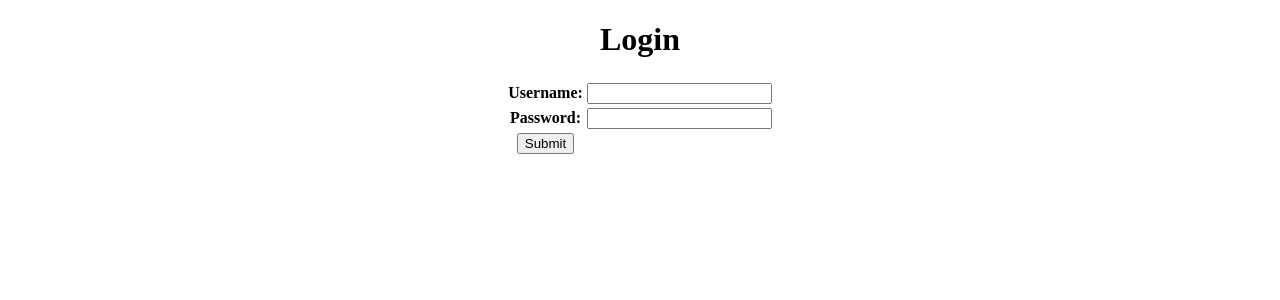
Repository: Sourabhmag/week-5
Page: http://localhost/LoginApp/login.jsp
An editor plug-in stored every save of this project. The page is shown before and after the next save, followed by the edit.
The browser window is 1280 px wide. The pictures show the whole page.
The page is served by Tomcat 9.

Above is the page before, as saved 2019-11-06 10:32:48.

After the next save:
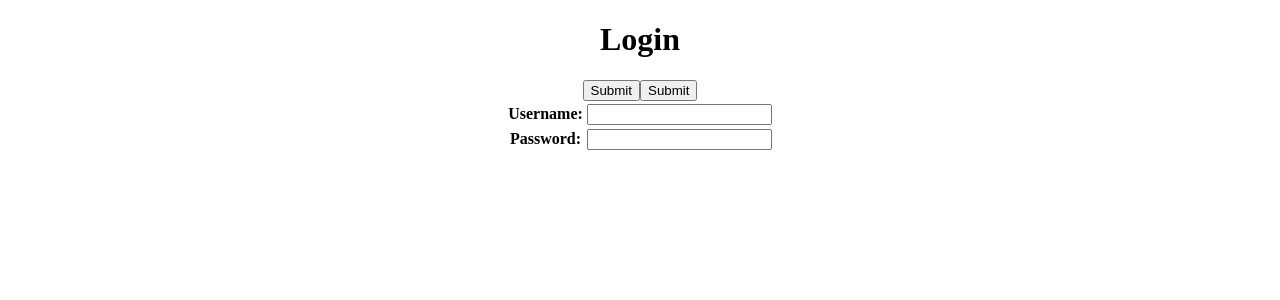
Saved 3 min 34 s later.
--- a/LoginApp/WebContent/login.jsp
+++ b/LoginApp/WebContent/login.jsp
@@ -19,7 +19,11 @@
 	<table align="center">
 		<tr><th >Username:</th> <th ><input type="text" name="firstname"></th></tr>
 		<tr><th >Password:</th> <th ><input type="password" name="firstname"></th></tr>
-		<tr><th align="center" ><input type="submit" name="submit"></th></tr>
+		<tr>
+			<input type="submit" name="submit">
+			<input type="submit" name="submit">
+
+		</tr>
 
 
 
